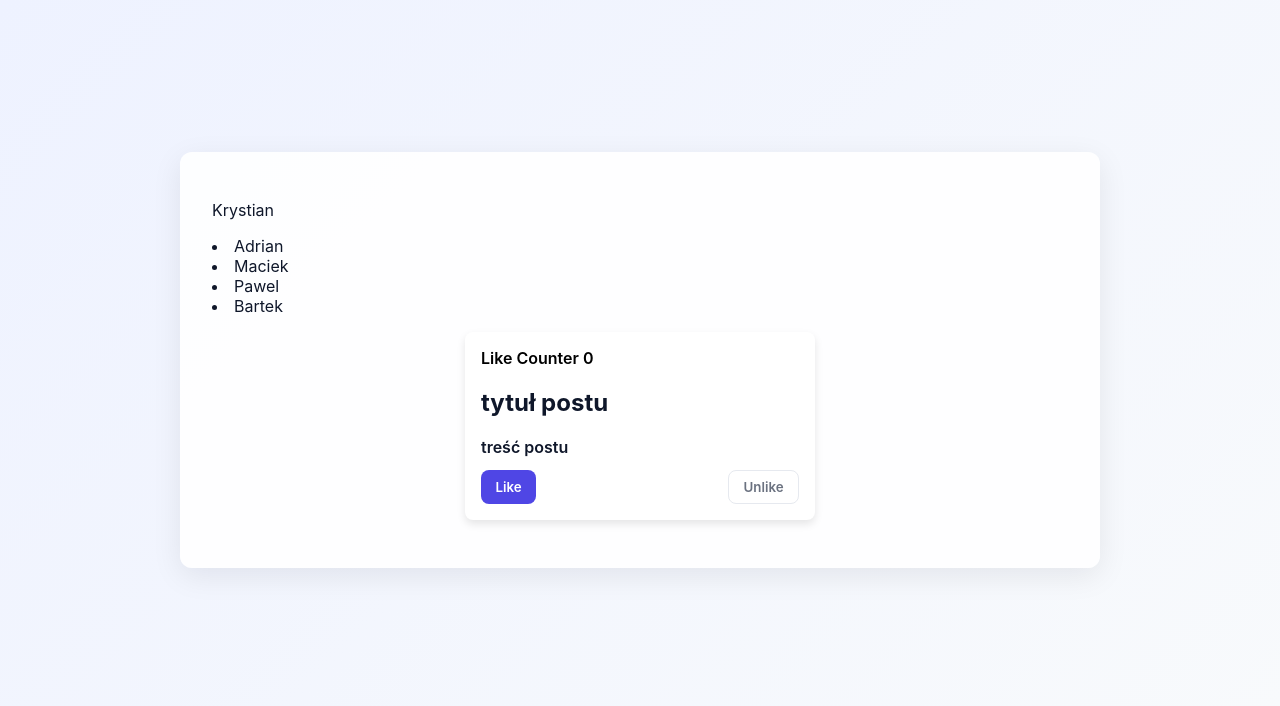
Repository: KrystianTrzy/reactapt
Page: /
These files come from the project's save history. The page is drawn as it stood at one moment and after the next save; the edit follows.
The browser window is 1280 px wide. The pictures show the whole page.
The project was rebuilt for these pictures with package versions that can differ from the ones it lists, and the page was loaded fresh each time.

Above is the page before, as saved 2025-11-22 09:24:38.

### src/index.js
import React from 'react';
import ReactDOM from 'react-dom/client';
import './index.css';
import App from './components/App/App';
import LikeCounter from './components/App/LikeCounter/LikeCounter';


const root = ReactDOM.createRoot(document.getElementById('root'));
root.render(
  <React.StrictMode>
    <App />
  </React.StrictMode>


);


// If you want to start measuring performance in your app, pass a function
// to log results (for example: reportWebVitals(console.log))
// or send to an analytics endpoint. Learn more: https://bit.ly/CRA-vitals

### src/index.css
:root {
	--bg: #f6f8ff;
	--card: #ffffff;
	--accent: #4f46e5;
	--muted: #6b7280;
	--radius: 12px;
}

* {
	box-sizing: border-box;
}

html, body, #root {
	height: 100%;
}

body {
	margin: 0;
	font-family: Inter, system-ui, -apple-system, 'Segoe UI', Roboto, 'Helvetica Neue', Arial;
	background: linear-gradient(135deg, #eef2ff 0%, #f8fafc 100%);
	color: #0f172a;
	-webkit-font-smoothing: antialiased;
	-moz-osx-font-smoothing: grayscale;
}

#root {
	display: flex;
	align-items: center;
	justify-content: center;
	padding: 2rem;
}

.App {
	width: 100%;
	max-width: 920px;
	background: rgba(255,255,255,0.9);
	border-radius: var(--radius);
	box-shadow: 0 8px 30px rgba(2,6,23,0.08);
	padding: 2rem;
}

ul {
	padding-left: 1.1rem;
}

button {
	font-family: inherit;
}

### src/components/App/App.js
import LikeCounter from './LikeCounter/LikeCounter';

function App() {
  const name = "Krystian";
  const names =['Adrian', 'Maciek', 'Pawel', 'Bartek'];
  return (
    <>
      <div className="App">
          <p>
            {name.length > 4 ? name : 'Hello firends'}
          </p>
          <p> {names.map((name) => <li key={name}>{name}</li>) }</p>
          <LikeCounter />
      </div>
    </>
  );
}

export default App;

### src/components/App/LikeCounter/LikeCounter.js
import React, { useState } from 'react'
import './LikeCounter.css'

function LikeCounter() {
    const [likes, setLikes] = useState(0);
    const handleLike = () => {
        setLikes(likes + 1);
    };

    const handleUnlike = () => {
        if (likes > 0) {
            setLikes(likes - 1);
        }
    };

    return (
        <div className="post">
            <p style={{ color: likes > 0 ? 'blue' : 'black' }}>Like Counter {likes}</p>
            <h2>tytuł postu</h2>
            <p>treść postu</p>
            <div className="actions">
                <button onClick={handleLike}>Like</button>
                <button onClick={handleUnlike}>Unlike</button>
            </div>
        </div>
    )
}

export default LikeCounter;

### src/components/App/LikeCounter/LikeCounter.css
.post {
    box-shadow: 0 4px 8px rgba(0, 0, 0, 0.1);
    padding: 1rem;
    width: 350px;
    border-radius: 0.5rem;
}

.actions {
    display: flex;
    flex-direction: row;
    justify-content: space-between;
}

.post {
    background: var(--card);
    margin: 1rem auto;
    color: #0f172a;
}

.post p {
    margin: 0 0 0.8rem 0;
    font-weight: 600;
}

.actions button {
    padding: 0.5rem 0.9rem;
    border-radius: 8px;
    border: none;
    cursor: pointer;
    font-weight: 600;
}

.actions button:first-child {
    background: var(--accent);
    color: white;
}

.actions button:last-child {
    background: transparent;
    color: var(--muted);
    border: 1px solid #e6e9ef;
}

.actions button:hover {
    transform: translateY(-1px);
}

Loaded but not shown: public/index.html (common file)

After the next save:
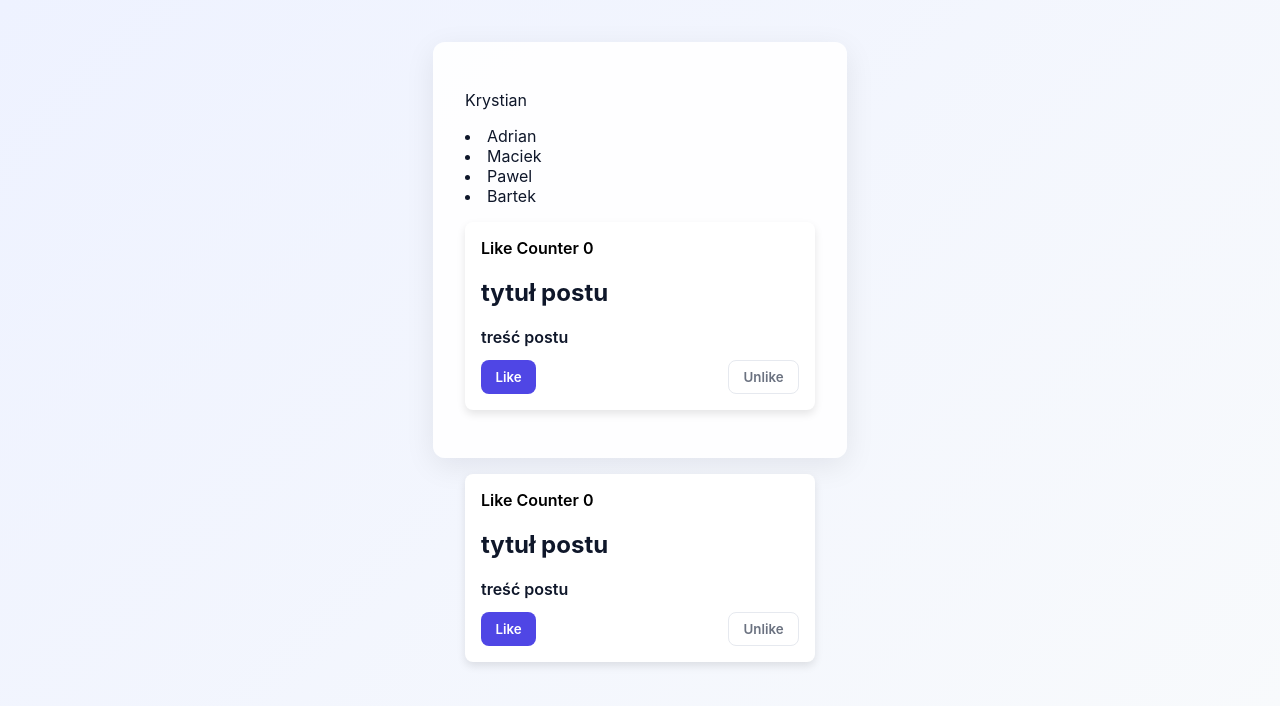
Saved 73 s later.
--- a/src/index.js
+++ b/src/index.js
@@ -4,16 +4,15 @@ import './index.css';
 import App from './components/App/App';
 import LikeCounter from './components/App/LikeCounter/LikeCounter';
 
-
 const root = ReactDOM.createRoot(document.getElementById('root'));
 root.render(
   <React.StrictMode>
-    <App />
+    <div>
+      <App />
+      <LikeCounter />
+    </div>
   </React.StrictMode>
-
-
 );
-
 
 // If you want to start measuring performance in your app, pass a function
 // to log results (for example: reportWebVitals(console.log))
